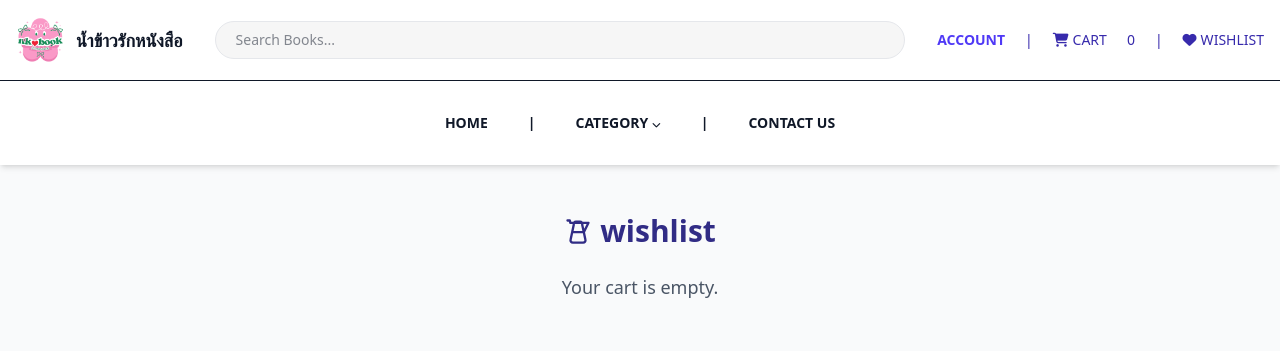
Repository: buratsakon0/NKLoveBook
Page: resources/views/wishlist/index.blade.php
An editor plug-in stored every save of this project. The page is shown before and after the next save, followed by the edit.
The browser window is 1280 px wide. The pictures show the whole page.
The page is served by the project's Laravel application, run on PHP 8.4 with Laravel 12. Other server files are loaded and not shown. Style sheets and scripts are compiled from the project's sources, by tool versions that may differ from the author's. The template is opened directly, without the code that normally fills it, so the values that code supplies are empty.

Above is the page before, as saved 2025-10-27 21:32:46.

### routes/web.php
<?php

use Illuminate\Support\Facades\Route;
use App\Http\Controllers\HomeController;
use App\Http\Controllers\CategoryController;
use App\Http\Controllers\BookController;
use App\Http\Controllers\AuthController;
use App\Http\Controllers\ProfileController;
use Illuminate\Http\Request;
use App\Models\User;
use App\Http\Controllers\CartController;
use App\Http\Controllers\ReviewController;
use App\Http\Controllers\WishlistController;
use App\Http\Controllers\SearchController;
use App\Http\Controllers\CheckoutController;
use App\Http\Controllers\ShippingController;


// หน้าแรก
Route::get('/', [HomeController::class, 'index'])->name('home');

// หน้า home (view ตรง)
Route::view('/home', 'home');

// หน้า book
Route::get('/book/{book}', [BookController::class, 'show'])->name('book.show');

// หน้า contact
Route::get('/contact', function () {
    return view('contact');
})->name('contact');

Route::get('/category/{id}', [CategoryController::class, 'show'])->name('category.show');

// Search route
Route::get('/search', [SearchController::class, 'search'])->name('search');

Route::get('/login', [AuthController::class, 'showLoginForm'])->name('login');
Route::post('/login', [AuthController::class, 'login']);

//  หน้าสมัครสมาชิก
Route::get('/register', [AuthController::class, 'showRegisterForm'])->name('register');
Route::post('/register', [AuthController::class, 'register']);

//  ปุ่มออกจากระบบ
Route::post('/logout', [AuthController::class, 'logout'])->name('logout');

Route::get('/profile', [ProfileController::class, 'show'])->middleware('auth')->name('profile');

Route::get('/api/check-username', function (Request $request) {
    $exists = User::where('Username', $request->Username)->exists();
    return response()->json(['exists' => $exists]);
});

Route::get('/api/check-email', function (Request $request) {
    $exists = User::where('Email', $request->Email)->exists();
    return response()->json(['exists' => $exists]);
});

// เส้นทางสำหรับเพิ่มสินค้าไปยังตะกร้า
Route::post('/cart/add/{productId}', [CartController::class, 'addToCart'])->name('cart.add');

// เส้นทางสำหรับแสดงสินค้าทั้งหมดในตะกร้า
Route::get('/cart', [CartController::class, 'showCart'])->name('cart.index');

// เส้นทางสำหรับอัพเดตจำนวนสินค้าภายในตะกร้า
Route::put('/cart/update/{productId}', [CartController::class, 'updateCart'])->name('cart.update');
Route::post('/cart/update/{productId}', [CartController::class, 'updateQuantity'])->name('cart.update');
Route::delete('/cart/remove/{productId}', [CartController::class, 'remove'])->name('cart.remove');
Route::post('/update-cart', [CartController::class, 'updateCart']);


// Review routes
Route::post('/book/{bookId}/review', [ReviewController::class, 'store'])->name('review.store')->middleware('auth');
Route::delete('/book/{bookId}/review', [ReviewController::class, 'destroy'])->name('review.destroy')->middleware('auth');


//Wishlist
Route::get('/wishlist', [WishlistController::class, 'index'])->name('wishlist.index');
Route::post('/wishlist/add/{bookId}', [WishlistController::class, 'store'])->name('wishlist.add');
Route::post('/wishlist/remove/{bookId}', [WishlistController::class, 'destroy'])->name('wishlist.remove');


// เส้นทางสำหรับการ submit ข้อมูลใน Checkout
Route::post('/checkout/submit', [CheckoutController::class, 'submit'])->name('checkout.submit');

// shipping
Route::get('/checkout', [ShippingController::class, 'showShippingForm'])->name('checkout');
Route::get('/checkout/edit', [ShippingController::class, 'editShippingForm'])->name('checkout.edit');
Route::post('/checkout/save', [ShippingController::class, 'saveShippingAddress'])->name('checkout.save');

### resources/views/wishlist/index.blade.php
@extends('layouts.app')

@section('content')
<div class="container mx-auto mt-12 px-4">
  <h1 class="text-3xl font-bold text-center text-indigo-900 mb-6 flex items-center justify-center gap-2">
    <svg xmlns="http://www.w3.org/2000/svg" class="h-7 w-7 text-indigo-900" fill="none" viewBox="0 0 24 24" stroke="currentColor">
      <path stroke-linecap="round" stroke-linejoin="round" stroke-width="2" d="M3 3h2l.4 2M7 13h10l4-8H5.4M7 13l-1.35 6.45A2 2 0 007.63 22h8.74a2 2 0 001.98-2.55L17 13M7 13l1.35-6.45A2 2 0 0110.37 4h3.26a2 2 0 011.98 2.55L17 13" />
    </svg>
    wishlist
  </h1>

  @if(!empty($cart))
    <div class="bg-white shadow-md rounded-lg border border-gray-200">
      <div class="p-4 bg-gray-100 flex items-center font-semibold text-lg border-b border-gray-200">
        <input type="checkbox" checked class="accent-orange-500 mr-2">
        All Items
      </div>

      <table class="w-full text-left border-collapse">
        <thead class="border-b border-gray-300 text-gray-600">
          <tr>
            <th class="py-3 px-6 w-1/3">Product</th>
            <th class="py-3 px-6">Price/Unit</th>
            <th class="py-3 px-6">Number</th>
            <th class="py-3 px-6">Total</th>
            <th class="py-3 px-6 text-center">Action</th>
          </tr>
        </thead>
        <tbody>
          @foreach($cart as $productId => $product)
            <tr class="border-b border-gray-200 hover:bg-gray-50">
              <td class="py-4 px-6 flex items-center space-x-4">
                <img src="{{ $product['image'] }}" alt="{{ $product['name'] }}" class="w-24 h-auto rounded shadow-sm">
                <div>
                  <p class="font-semibold text-indigo-900">{{ $product['name'] }}</p>
                  <p class="text-sm text-gray-500 mt-1 uppercase tracking-wide">
                    {{ $product['author'] ?? 'Unknown Author' }}
                    </p>

                </div>
              </td>
              <td class="py-4 px-6">฿{{ number_format($product['price'], 2) }}</td>
              <td class="py-4 px-6">
                <div class="flex items-center justify-center border border-black rounded-full w-fit">
                  <button onclick="updateQuantity({{ $productId }}, 'decrease')" class="px-3 py-1 text-xl font-bold">−</button>
                  <span id="quantity-{{ $productId }}" class="px-4 py-1 text-lg">{{ $product['quantity'] }}</span>
                  <button onclick="updateQuantity({{ $productId }}, 'increase')" class="px-3 py-1 text-xl font-bold">+</button>
                </div>
              </td>
              <td class="py-4 px-6">฿{{ number_format($product['price'] * $product['quantity'], 2) }}</td>
              <td class="py-4 px-6 text-center">
                <form action="{{ route('cart.remove', $productId) }}" method="POST" onsubmit="return confirm('Remove this item?')">
                  @csrf
                  @method('DELETE')
                  <button type="submit" class="text-gray-600 hover:text-red-600">
                    <svg xmlns="http://www.w3.org/2000/svg" class="h-6 w-6" fill="none" viewBox="0 0 24 24" stroke="currentColor">
                      <path stroke-linecap="round" stroke-linejoin="round" stroke-width="2" d="M19 7l-.867 12.142A2 2 0 0116.138 21H7.862a2 2 0 01-1.995-1.858L5 7m5 4v6m4-6v6M1 7h22M10 3h4a1 1 0 011 1v1H9V4a1 1 0 011-1z"/>
                    </svg>
                  </button>
                </form>
              </td>
            </tr>
          @endforeach
        </tbody>
      </table>

      <div class="flex justify-between items-center px-6 py-4 border-t border-gray-200">
        <p class="text-gray-600">{{ count($cart) }} Items</p>
        <div class="text-right">
          <span class="text-xl font-semibold text-gray-900">฿{{ number_format($totalPrice, 2) }}</span>
        </div>
      </div>

      <div class="flex justify-end items-center gap-4 px-6 py-4 border-t border-gray-200">
        <button onclick="window.location.href='{{ route('home') }}'" class="flex items-center border border-orange-500 text-orange-500 font-medium py-2 px-6 rounded hover:bg-orange-50 transition">
          <svg xmlns="http://www.w3.org/2000/svg" class="h-5 w-5 mr-2" fill="none" viewBox="0 0 24 24" stroke="currentColor">
            <path stroke-linecap="round" stroke-linejoin="round" stroke-width="2" d="M3 3h18M3 3v18m0-18l18 18"/>
          </svg>
          Continue Shopping
        </button>

        <div class="flex justify-end items-center gap-4 px-6 py-4 border-t border-gray-200">
  @auth
        <!-- ถ้า login แล้วจะให้แสดงปุ่ม Checkout -->
        <a href="{{ route('checkout') }}" class="flex items-center bg-orange-500 text-white font-medium py-2 px-6 rounded hover:bg-orange-600 transition">
          <svg xmlns="http://www.w3.org/2000/svg" class="h-5 w-5 mr-2" fill="none" viewBox="0 0 24 24" stroke="currentColor">
            <path stroke-linecap="round" stroke-linejoin="round" stroke-width="2" d="M12 8c-3.314 0-6 2.686-6 6v2h12v-2c0-3.314-2.686-6-6-6zM5 14v2a2 2 0 002 2h10a2 2 0 002-2v-2M12 8V4m0 0a4 4 0 100 8"/>
          </svg>
          Checkout
        </a>
      @else
        <!-- ถ้ายังไม่ได้ login แสดงปุ่มให้ไปหน้า login -->
        <a href="{{ route('login') }}" class="flex items-center bg-orange-500 text-white font-medium py-2 px-6 rounded hover:bg-orange-600 transition">
          <svg xmlns="http://www.w3.org/2000/svg" class="h-5 w-5 mr-2" fill="none" viewBox="0 0 24 24" stroke="currentColor">
            <path stroke-linecap="round" stroke-linejoin="round" stroke-width="2" d="M12 8c-3.314 0-6 2.686-6 6v2h12v-2c0-3.314-2.686-6-6-6zM5 14v2a2 2 0 002 2h10a2 2 0 002-2v-2M12 8V4m0 0a4 4 0 100 8"/>
          </svg>
          Login to Checkout
        </a>
      @endauth
    </div>
      </div>
    </div>
  @else
    <p class="mt-6 text-center text-lg text-gray-600">Your cart is empty.</p>
  @endif
</div>

<script>
  function updateQuantity(productId, action) {
    const quantityElement = document.getElementById('quantity-' + productId);
    let currentQuantity = parseInt(quantityElement.textContent);

    if (action === 'increase') currentQuantity++;
    else if (action === 'decrease' && currentQuantity > 1) currentQuantity--;

    quantityElement.textContent = currentQuantity;

    const formData = new FormData();
    formData.append('action', action);
    formData.append('productId', productId);
    formData.append('quantity', currentQuantity);

    fetch(`{{ route('cart.update', ['productId' => ':id']) }}`.replace(':id', productId), {
      method: 'POST',
      headers: { 'X-CSRF-TOKEN': '{{ csrf_token() }}' },
      body: formData
    })
    .then(res => res.json())
    .then(data => {
      if (data.success) window.location.reload();
    });
  }
</script>
@endsection

### resources/views/layouts/app.blade.php
<!DOCTYPE html>
<html lang="th">
<head>
    <meta charset="UTF-8">
    <meta name="viewport" content="width=device-width, initial-scale=1.0">
    <title>น้ำข้าวรักหนังสือ</title>

    @vite('resources/css/app.css')
    <link rel="stylesheet" href="https://cdnjs.cloudflare.com/ajax/libs/font-awesome/6.5.0/css/all.min.css">

</head>
<body class="bg-gray-50 text-gray-900">
    @include('component.navbar')

    <main>
        @yield('content')
    </main>



</body>
</html>

### resources/views/component/navbar.blade.php
@php
  use App\Models\Category;
  $categories = Category::all();
@endphp

@once
  <style>
    .nav-category {
      position: relative;
      display: inline-block;
    }
    .nav-category__toggle {
      display: inline-flex;
      align-items: center;
      gap: 0.4rem;
      padding: 0.2rem 0;
      border: 0;
      background: transparent;
      font-weight: 600;
      text-transform: uppercase;
      letter-spacing: 0.22em;
      font-size: 0.9rem;
      color: #dd4f2f;
      cursor: pointer;
      transition: color 0.2s ease;
    }
    .nav-category__toggle:focus-visible {
      outline: 2px solid #f26d3d;
      outline-offset: 4px;
    }
    .nav-category:hover .nav-category__toggle,
    .nav-category:focus-within .nav-category__toggle {
      color: #f26d3d;
    }
    .nav-category__menu {
      position: absolute;
      top: 100%;
      left: 50%;
      transform: translateX(-50%);
      width: 15rem;
      display: none;
      background: #fff5e9;
      border: 1px solid #f2c6a6;
      border-radius: 8px;
      box-shadow: 0 6px 20px rgba(0, 0, 0, 0.12);
      padding-bottom: 0.5rem;
      z-index: 40;
    }
    .nav_item:hover {
      color: #f26d3d;
    }
    .nav-category:hover .nav-category__menu,
    .nav-category:focus-within .nav-category__menu {
      display: block;
    }
    .nav-category__top-strip {
      height: 4px;
      background: #b280d6;
      border-top-left-radius: 8px;
      border-top-right-radius: 8px;
    }
    .nav-category__notch {
      position: absolute;
      top: -12px;
      right: 1.5rem;
      width: 0;
      height: 0;
      border-left: 12px solid transparent;
      border-right: 12px solid transparent;
      border-bottom: 12px solid #fff5e9;
      filter: drop-shadow(0 2px 4px rgba(0, 0, 0, 0.1));
    }
    .nav-category__list {
      list-style: none;
      margin: 0;
      padding: 0;
    }
    .nav-category__item {
      border-top: 1px solid #f2c6a6;
    }
    .nav-category__item:first-child {
      border-top: none;
    }
    .nav-category__link {
      width: 100%;
      border: 0;
      background: transparent;
      display: block;
      padding: 0.95rem 1.75rem;
      text-decoration: none;
      color: #d65032;
      font-size: 0.92rem;
      font-weight: 500;
      letter-spacing: 0.08em;
      transition: background-color 0.15s ease, color 0.15s ease;
    }
    .nav-category__link:hover,
    .nav-category__link:focus {
      background: #ffffff;
      color: #f26d3d;
    }
  </style>
@endonce

<nav class="bg-white shadow-md">
  <div class="max-w-7xl mx-auto px-4 py-4 flex items-center justify-between">
    <!-- Left: Logo -->
    <div class="flex items-center gap-3">
      <img src="{{ asset('images/newlogo.png') }}" class="w-12 h-12" alt="logo">
      <span class="text-lg font-bold">น้ำข้าวรักหนังสือ</span>
    </div>

    <!-- Center: Search -->
    <div class="flex-1 mx-8">
      <form action="{{ route('search') }}" method="GET" class="relative" id="searchForm">
        <div class="relative">
          <input
            type="text"
            name="query"
            id="searchInput"
            placeholder="Search Books..."
            style="background-color: #f6f6f6;"
            class="w-full border border-gray-200 rounded-full px-5 py-2 text-sm focus:outline-none focus:ring-1 focus:ring-indigo-400"
            value="{{ request('query') }}">
        </div>
      </form>
    </div>

    <script>
      document.addEventListener('DOMContentLoaded', function() {
        const searchInput = document.getElementById('searchInput');
        if (searchInput) {
          searchInput.addEventListener('keypress', function(e) {
            if (e.key === 'Enter') {
              e.preventDefault();
              const form = document.getElementById('searchForm');
              if (form) {
                form.submit();
              }
            }
          });
        }
      });
    </script>

    <!-- Right: Icons -->
    <div class="flex gap-5 text-sm font-medium text-indigo-800">
    @auth
        <!-- ✅ login แล้ว -->
        <a href="{{ route('profile') }}" class="text-indigo-600 font-semibold">
            {{ Auth::user()->Username }}
        </a>
    @else
        <!-- ❌ ยังไม่ login -->
        <a href="{{ route('login') }}" class="text-indigo-600 font-semibold">
            ACCOUNT
        </a>
    @endauth

    <span>|</span>
    <a href="{{ route('cart.index') }}" class="flex items-center gap-1 hover:text-indigo-500">
        <i class="fa fa-shopping-cart"></i> CART
    </a>
    <span id="cartCount">{{ count(session('cart', [])) }}</span>


    <span>|</span>
    <a href="{{ route('wishlist.index') }}" class="flex items-center gap-1 hover:text-indigo-500">
        <i class="fa fa-heart"></i> WISHLIST
    </a>

</div>

  </div>

  <!-- Bottom Menu -->
  <div class="border-t">
    <div class="flex justify-center gap-10 py-[2rem] text-sm uppercase font-semibold">
      <a href="/" class="nav_item hover:text-[#ED553B]">Home</a>
      <span>|</span>

      <!-- Dropdown Category -->
      <div class="nav-category">
        <button class="uppercase font-semibold nav_item">
          Category <i class="fa fa-chevron-down" style="font-size: 0.55rem;"></i>
        </button>
        <div class="nav-category__menu">
          <span class="nav-category__notch"></span>
          <div class="nav-category__top-strip"></div>
          <ul class="nav-category__list">
            @foreach ($categories as $cat)
              <li class="nav-category__item">
                <a href="{{ route('category.show', $cat->CategoryID) }}" class="nav-category__link">
                  {{ $cat->CategoryName }}
                </a>
              </li>
            @endforeach
          </ul>
        </div>
      </div>

      <span>|</span>
      <a href="/contact" class="nav_item hover:text-[#ED553B]">Contact Us</a>
    </div>
  </div>
</nav>

### app/Models/Category.php
<?php

namespace App\Models;

use Illuminate\Database\Eloquent\Factories\HasFactory;
use Illuminate\Database\Eloquent\Model;

class Category extends Model
{
    use HasFactory;

    // ชื่อตารางจริงใน DB
    protected $table = 'categories';

    // ชื่อ primary key จริง
    protected $primaryKey = 'CategoryID';

    // ให้ Laravel รู้ว่าคอลัมน์ที่ใช้บ่อยคืออะไร
    protected $fillable = ['CategoryName'];

    public $timestamps = true;
}

Loaded but not shown: resources/css/app.css (common file)

After the next save:
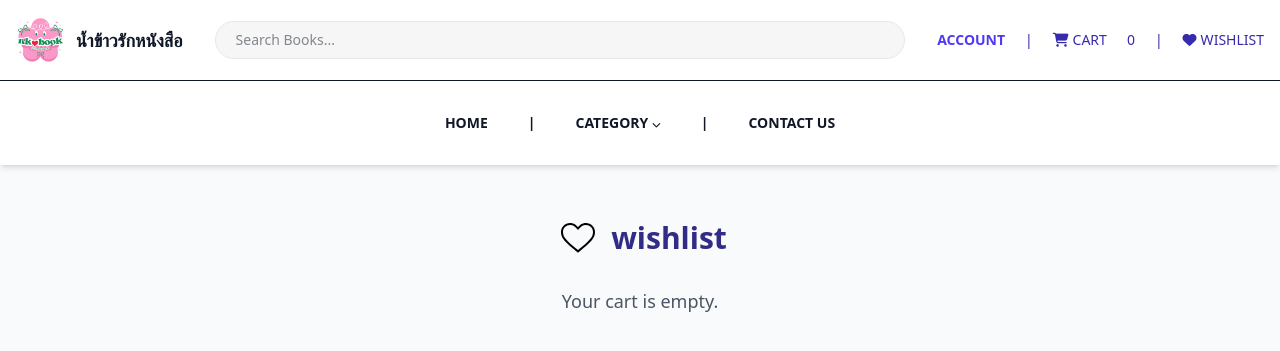
Saved 82 s later.
--- a/resources/views/wishlist/index.blade.php
+++ b/resources/views/wishlist/index.blade.php
@@ -3,9 +3,7 @@
 @section('content')
 <div class="container mx-auto mt-12 px-4">
   <h1 class="text-3xl font-bold text-center text-indigo-900 mb-6 flex items-center justify-center gap-2">
-    <svg xmlns="http://www.w3.org/2000/svg" class="h-7 w-7 text-indigo-900" fill="none" viewBox="0 0 24 24" stroke="currentColor">
-      <path stroke-linecap="round" stroke-linejoin="round" stroke-width="2" d="M3 3h2l.4 2M7 13h10l4-8H5.4M7 13l-1.35 6.45A2 2 0 007.63 22h8.74a2 2 0 001.98-2.55L17 13M7 13l1.35-6.45A2 2 0 0110.37 4h3.26a2 2 0 011.98 2.55L17 13" />
-    </svg>
+    <svg width="50px" height="50px" viewBox="0 0 50 50" xmlns="http://www.w3.org/2000/svg"><path d="M25 39.7l-.6-.5C11.5 28.7 8 25 8 19c0-5 4-9 9-9 4.1 0 6.4 2.3 8 4.1 1.6-1.8 3.9-4.1 8-4.1 5 0 9 4 9 9 0 6-3.5 9.7-16.4 20.2l-.6.5zM17 12c-3.9 0-7 3.1-7 7 0 5.1 3.2 8.5 15 18.1 11.8-9.6 15-13 15-18.1 0-3.9-3.1-7-7-7-3.5 0-5.4 2.1-6.9 3.8L25 17.1l-1.1-1.3C22.4 14.1 20.5 12 17 12z"/></svg>
     wishlist
   </h1>
 
